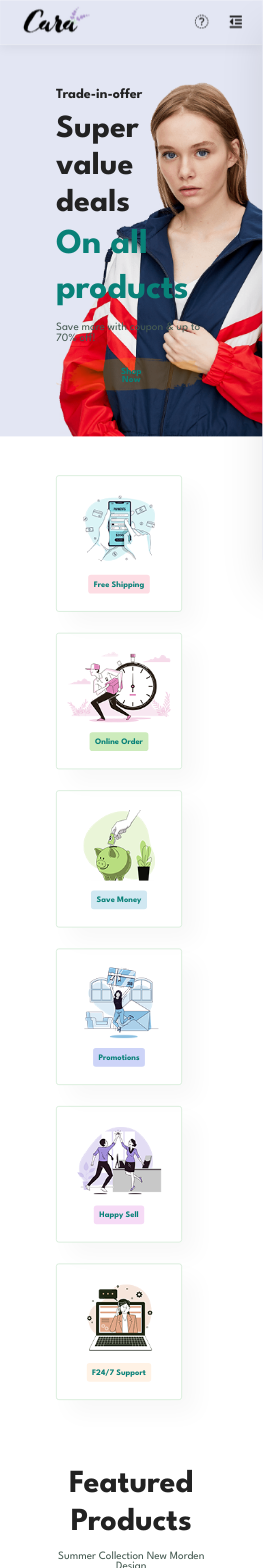
Repository: quy261001/cara
Page: index.html
The author's editor kept a copy of each file at every save. The page is drawn from the files as they stood at one save, then again after the next save.
The browser window is 375 px wide. The pictures show the part of the page from y = 0 to 2240 px (the page is 10781 px tall), at 70% of full size.

Above is the page before, as saved 2022-05-03 00:05:51.

### index.html
<!DOCTYPE html>
<html lang="en">
<head>
  <meta charset="UTF-8">
  <meta http-equiv="X-UA-Compatible" content="IE=edge">
  <meta name="viewport" content="width=device-width, initial-scale=1.0">
  <link rel="stylesheet" href="style.css">
  <title>Cara</title>
</head>
<body>
  <section class="header">
    <a href="#"><img src="img/logo.png" class="logo" alt=""></a>

    <div>
      <ul class="navbar">
        <li><a class="active" href="index.html">Home</a></li>
        <li><a href="shop.html">Shop</a></li>
        <li><a href="blog.html">Blog</a></li>
        <li><a href="about.html">About</a></li>
        <li><a href="contact.html">Contact</a></li>
        <li class="lg-bag"><a href="cart.html"><i class="far fa-shopping-bag"></i></a></li>
        <a href="#" class="close"><i class="far fa-times"></i></a>
      </ul>
    </div>
    <div class="mobile">
      <a href="cart.html"><i class="menu far fa-shopping-bag"></i></a>
      <div class="bar">
        <i class=" fas fa-outdent"></i>
      </div>
    </div>
  </section>

  <section class="hero">
    <h4>Trade-in-offer</h4>
    <h2>Super value deals</h2>
    <h1>On all products</h1>
    <p>Save more with coupon & up to 70% off!</p>
    <button>Shop Now</button>
  </section>

  <section class="feature section-p1">
    <div class="fe-box">
      <img src="img/features/f1.png" alt="">
      <h6>Free Shipping</h6>
    </div>
    <div class="fe-box">
      <img src="img/features/f2.png" alt="">
      <h6>Online Order</h6>
    </div>
    <div class="fe-box">
      <img src="img/features/f3.png" alt="">
      <h6>Save Money</h6>
    </div>
    <div class="fe-box">
      <img src="img/features/f4.png" alt="">
      <h6>Promotions</h6>
    </div>
    <div class="fe-box">
      <img src="img/features/f5.png" alt="">
      <h6>Happy Sell</h6>
    </div>
    <div class="fe-box">
      <img src="img/features/f6.png" alt="">
      <h6>F24/7 Support</h6>
    </div>
  </section>

  <section class="product1 section-p1">
    <h2>Featured Products</h2>
    <p>Summer Collection New Morden Design</p>
    <div class="pro-container">
      <div class="pro">
        <img src="img/products/f1.jpg" alt="">
        <div class="des">
          <span>adidas</span>
          <h5>Cartoon Astronaut T-shirts</h5>
          <div class="star">
            <i class="fas fa-star"></i>
            <i class="fas fa-star"></i>
            <i class="fas fa-star"></i>
            <i class="fas fa-star"></i>
            <i class="fas fa-star"></i>
          </div>
          <h4>$78</h4>
        </div>
        <a href=""><i class="fal fa-shopping-cart cart"></i></a>
      </div>
      <div class="pro">
        <img src="img/products/f2.jpg" alt="">
        <div class="des">
          <span>adidas</span>
          <h5>Cartoon Astronaut T-shirts</h5>
          <div class="star">
            <i class="fas fa-star"></i>
            <i class="fas fa-star"></i>
            <i class="fas fa-star"></i>
            <i class="fas fa-star"></i>
            <i class="fas fa-star"></i>
          </div>
          <h4>$78</h4>
        </div>
        <a href=""><i class="fal fa-shopping-cart cart"></i></a>
      </div>
      <div class="pro">
        <img src="img/products/f3.jpg" alt="">
        <div class="des">
          <span>adidas</span>
          <h5>Cartoon Astronaut T-shirts</h5>
          <div class="star">
            <i class="fas fa-star"></i>
            <i class="fas fa-star"></i>
            <i class="fas fa-star"></i>
            <i class="fas fa-star"></i>
            <i class="fas fa-star"></i>
          </div>
          <h4>$78</h4>
        </div>
        <a href=""><i class="fal fa-shopping-cart cart"></i></a>
      </div>
      <div class="pro">
        <img src="img/products/f4.jpg" alt="">
        <div class="des">
          <span>adidas</span>
          <h5>Cartoon Astronaut T-shirts</h5>
          <div class="star">
            <i class="fas fa-star"></i>
            <i class="fas fa-star"></i>
            <i class="fas fa-star"></i>
            <i class="fas fa-star"></i>
            <i class="fas fa-star"></i>
          </div>
          <h4>$78</h4>
        </div>
        <a href=""><i class="fal fa-shopping-cart cart"></i></a>
      </div>
      <div class="pro">
        <img src="img/products/f5.jpg" alt="">
        <div class="des">
          <span>adidas</span>
          <h5>Cartoon Astronaut T-shirts</h5>
          <div class="star">
            <i class="fas fa-star"></i>
            <i class="fas fa-star"></i>
            <i class="fas fa-star"></i>
            <i class="fas fa-star"></i>
            <i class="fas fa-star"></i>
          </div>
          <h4>$78</h4>
        </div>
        <a href=""><i class="fal fa-shopping-cart cart"></i></a>
      </div>
      <div class="pro">
        <img src="img/products/f6.jpg" alt="">
        <div class="des">
          <span>adidas</span>
          <h5>Cartoon Astronaut T-shirts</h5>
          <div class="star">
            <i class="fas fa-star"></i>
            <i class="fas fa-star"></i>
            <i class="fas fa-star"></i>
            <i class="fas fa-star"></i>
            <i class="fas fa-star"></i>
          </div>
          <h4>$78</h4>
        </div>
        <a href=""><i class="fal fa-shopping-cart cart"></i></a>
      </div>
      <div class="pro">
        <img src="img/products/f7.jpg" alt="">
        <div class="des">
          <span>adidas</span>
          <h5>Cartoon Astronaut T-shirts</h5>
          <div class="star">
            <i class="fas fa-star"></i>
            <i class="fas fa-star"></i>
            <i class="fas fa-star"></i>
            <i class="fas fa-star"></i>
            <i class="fas fa-star"></i>
          </div>
          <h4>$78</h4>
        </div>
        <a href=""><i class="fal fa-shopping-cart cart"></i></a>
      </div>
      <div class="pro">
        <img src="img/products/f8.jpg" alt="">
        <div class="des">
          <span>adidas</span>
          <h5>Cartoon Astronaut T-shirts</h5>
          <div class="star">
            <i class="fas fa-star"></i>
            <i class="fas fa-star"></i>
            <i class="fas fa-star"></i>
            <i class="fas fa-star"></i>
            <i class="fas fa-star"></i>
          </div>
          <h4>$78</h4>
        </div>
        <a href=""><i class="fal fa-shopping-cart cart"></i></a>
      </div>
    </div>

  </section>

  <section class="banner section-m1">
    <h4>Repair Services</h4>
    <h2>Up to <span>70% Off</span> All t-shirts & Accessories</h2>
    <button class="normal">Explore More</button>
  </section>

  <section class="product1 section-p1">
    <h2>New Arrivals</h2>
    <p>Summer Collection New Morden Design</p>
    <div class="pro-container">
      <div class="pro">
        <img src="img/products/n1.jpg" alt="">
        <div class="des">
          <span>adidas</span>
          <h5>Cartoon Astronaut T-shirts</h5>
          <div class="star">
            <i class="fas fa-star"></i>
            <i class="fas fa-star"></i>
            <i class="fas fa-star"></i>
            <i class="fas fa-star"></i>
            <i class="fas fa-star"></i>
          </div>
          <h4>$78</h4>
        </div>
        <a href=""><i class="fal fa-shopping-cart cart"></i></a>
      </div>
      <div class="pro">
        <img src="img/products/n2.jpg" alt="">
        <div class="des">
          <span>adidas</span>
          <h5>Cartoon Astronaut T-shirts</h5>
          <div class="star">
            <i class="fas fa-star"></i>
            <i class="fas fa-star"></i>
            <i class="fas fa-star"></i>
            <i class="fas fa-star"></i>
            <i class="fas fa-star"></i>
          </div>
          <h4>$78</h4>
        </div>
        <a href=""><i class="fal fa-shopping-cart cart"></i></a>
      </div>
      <div class="pro">
        <img src="img/products/n3.jpg" alt="">
        <div class="des">
          <span>adidas</span>
          <h5>Cartoon Astronaut T-shirts</h5>
          <div class="star">
            <i class="fas fa-star"></i>
            <i class="fas fa-star"></i>
            <i class="fas fa-star"></i>
            <i class="fas fa-star"></i>
            <i class="fas fa-star"></i>
          </div>
          <h4>$78</h4>
        </div>
        <a href=""><i class="fal fa-shopping-cart cart"></i></a>
      </div>
      <div class="pro">
        <img src="img/products/n4.jpg" alt="">
        <div class="des">
          <span>adidas</span>
          <h5>Cartoon Astronaut T-shirts</h5>
          <div class="star">
            <i class="fas fa-star"></i>
            <i class="fas fa-star"></i>
            <i class="fas fa-star"></i>
            <i class="fas fa-star"></i>
            <i class="fas fa-star"></i>
          </div>
          <h4>$78</h4>
        </div>
        <a href=""><i class="fal fa-shopping-cart cart"></i></a>
      </div>
      <div class="pro">
        <img src="img/products/n5.jpg" alt="">
        <div class="des">
          <span>adidas</span>
          <h5>Cartoon Astronaut T-shirts</h5>
          <div class="star">
            <i class="fas fa-star"></i>
            <i class="fas fa-star"></i>
            <i class="fas fa-star"></i>
            <i class="fas fa-star"></i>
            <i class="fas fa-star"></i>
          </div>
          <h4>$78</h4>
        </div>
        <a href=""><i class="fal fa-shopping-cart cart"></i></a>
      </div>
      <div class="pro">
        <img src="img/products/n6.jpg" alt="">
        <div class="des">
          <span>adidas</span>
          <h5>Cartoon Astronaut T-shirts</h5>
          <div class="star">
            <i class="fas fa-star"></i>
            <i class="fas fa-star"></i>
            <i class="fas fa-star"></i>
            <i class="fas fa-star"></i>
            <i class="fas fa-star"></i>
          </div>
          <h4>$78</h4>
        </div>
        <a href=""><i class="fal fa-shopping-cart cart"></i></a>
      </div>
      <div class="pro">
        <img src="img/products/n7.jpg" alt="">
        <div class="des">
          <span>adidas</span>
          <h5>Cartoon Astronaut T-shirts</h5>
          <div class="star">
            <i class="fas fa-star"></i>
            <i class="fas fa-star"></i>
            <i class="fas fa-star"></i>
            <i class="fas fa-star"></i>
            <i class="fas fa-star"></i>
          </div>
          <h4>$78</h4>
        </div>
        <a href=""><i class="fal fa-shopping-cart cart"></i></a>
      </div>
      <div class="pro">
        <img src="img/products/n8.jpg" alt="">
        <div class="des">
          <span>adidas</span>
          <h5>Cartoon Astronaut T-shirts</h5>
          <div class="star">
            <i class="fas fa-star"></i>
            <i class="fas fa-star"></i>
            <i class="fas fa-star"></i>
            <i class="fas fa-star"></i>
            <i class="fas fa-star"></i>
          </div>
          <h4>$78</h4>
        </div>
        <a href=""><i class="fal fa-shopping-cart cart"></i></a>
      </div>
    </div>

  </section>

  <section class="sm-banner section-p1">
      <div class="banner-box">
        <h4>crazy deals</h4>
        <h2>buy 1 get 1 free</h2>
        <span>The best classic dress is on sale at cara</span>
        <button class="while">Learn More</button>
      </div>
      <div class="banner-box banner-box2">
        <h4>spring/sumer</h4>
        <h2>upcomming season</h2>
        <span>The best classic dress is on sale at cara</span>
        <button class="while">Collection</button>
      </div>
  </section>

  <div class="banner3 section-p1">
    <div class="banner-box">
      <h2>SEASONAL SALE</h2>
      <h3>Winter Collection -50% OFF</h3>
    </div>
    <div class="banner-box banner-box2">
      <h2>NEW FOOTWEAR COLLECTION</h2>
      <h3>Spring / Summer 2022</h3>
    </div>
    <div class="banner-box banner-box3">
      <h2>T-SHIRTS</h2>
      <h3>New Trendy Prints</h3>
    </div>
  </div>

  <section class="newsletter section-p1 section-m1">
      <div class="newstext">
          <h4>Sign Up For newsletters</h4>
          <p>Get E-mail updates about our latest shop and <span>special offers</span></p>
      </div>
      <div class="form">
        <input type="text" placeholder="Your email address">
        <button class="normal">Sign Up </button>
      </div>
  </section>

  <footer class="section-p1">
    <div class="col">
      <img class="logo" src="img/logo.png" alt="">
      <h4>Contact</h4>
      <p><strong>Address: </strong>562 Wellington Road, Street 32, San Francisco</p>
      <p><strong>Phone: </strong>+01 2222 365 /(+91) 01 2345 6789</p>
      <p><strong>Hours: </strong>10:00 - 18:00, Mon - Sat</p>
      <div class="follow">
        <h4>Follow us</h4>
        <div class="icon">
          <i class="fab fa-facebook-f"></i>
          <i class="fab fa-twitter"></i>
          <i class="fab fa-instagram"></i>
          <i class="fab fa-pinterest-p"></i>
          <i class="fab fa-youtube"></i>
        </div>
      </div>
    </div>

    <div class="col">
      <h4>About</h4>
      <a href="#">About us</a>
      <a href="#">Delivery Information</a>
      <a href="#">Privacy Policy</a>
      <a href="#">Terms & Conditions</a>
      <a href="#">Contact Us</a>
    </div>

    <div class="col">
      <h4>My Account</h4>
      <a href="#">Account</a>
      <a href="#">Sign In</a>
      <a href="#">View Cart</a>
      <a href="#">My Wishlist</a>
      <a href="#">Track My Order</a>
      <a href="#">Help</a>
    </div>

    <div class="col install">
      <h4>Install App</h4>
      <p>From App Store or Google Play</p>
      <div class="row">
        <img src="img/pay/app.jpg" alt="">
        <img src="img/pay/play.jpg" alt="">
      </div>
      <p>Secured Payment Gateways</p>
      <img src="img/pay/pay.png" alt="">
    </div>
  </footer>
  <section>
    <div class="copyright">
      <p>@ 2021, Teach2 etc - HTML CSS Ecommerce Template</p>
    </div>
  </section>
  <script src="script.js"></script>
  <script defer src="https://pro.fontawesome.com/releases/v5.15.4/js/all.js"></script>
</body>
</html>

### style.css
@import url('https://fonts.googleapis.com/css2?family=League+Spartan:wght@100;200;300;400;500;600;700;800;900&display=swap');
* {
  margin: 0;
  padding: 0;
  box-sizing: border-box;
  font-family: 'League Spartan', sans-serif;
}
h1 {
  font-size: 50px;
  line-height: 64px;
  color: #222;
}
h2 {
  font-size: 46px;
  line-height: 53px;
  color: #222;
}
h4 {
  font-size: 20px;
  color: #222;
}
h6 {
  font-weight: 700;
  font-size: 12px;
}
p {
  font-size: 16px;
  color: #465b52;
  margin: 15px 0 20px 0;
}
.section-p1 {
  padding: 40px 80px;
}
.section-m1 {
  margin: 40px 0;
}
button.normal {
  font-size: 14px;
  font-weight: 600;
  padding: 15px 30px;
  color: #000;
  background-color: #fff;
  border-radius: 4px;
  cursor: pointer;
  border: none;
  outline: none;
  transition: 0.2s;
}
button.while {
  font-size: 13px;
  font-weight: 600;
  padding: 11px 22px;
  color: #000;
  background-color: transparent;
  cursor: pointer;
  border: 1px solid #fff;
  outline: none;
  transition: 0.2s;
}
body {
  width: 100%;
}

/* Header-start */
.header {
  display: flex;
  justify-content: space-between;
  align-items: center;
  padding: 20px 80px;
  background-color: #E3E6F3;
  box-shadow: 0 5px 15px rgba(0, 0, 0, 0.06);
  z-index: 999;
  position: sticky;
  top: 0;
  left: 0;
}

.navbar {
  display: flex;
  align-items: center;
  justify-content: center;
}

.navbar li {
  list-style: none;
  padding: 0 20px;
  position: relative;
}

.navbar li a {
  text-decoration: none;
  font-size:16px;
  font-weight: 600;
  color: #1a1a1a;
  transition: 0.3s ease;
}

.navbar li a:hover,
.navbar li a.active {
  color: #088178;
}

.navbar li a.active::after,
.navbar li a:hover::after {
  content: "";
  width: 30%;
  height: 2px;
  background-color: #088178;
  position: absolute;
  bottom: -4px;
  left: 20px;
}
.mobile {
  display: none;
  align-items: center;
}
.close {
  display: none;
}
/* Home page */
.hero {
  background-image: url("img/hero4.png");
  height: 90vh;
  width: 100%;
  background-position: top 25% right 0;
  background-size: cover;
  display: flex;
  justify-content: center;
  align-items: flex-start;
  flex-direction: column;
  padding: 0 80px;
}

.hero h4 {
  padding-bottom: 15px;
}

.hero h1 {
  color: #088178;
}

.hero button {
  background-image: url("img/button.png");
  background-color: transparent;
  color: #088178;
  border: 0;
  padding: 14px 80px 14px 80px;
  background-repeat: no-repeat;
  cursor: pointer;
  font-weight: 700;
}

.feature {
  display: flex;
  align-items: center;
  justify-content: space-between;
  flex-wrap: wrap;
}

.feature .fe-box {
   width: 180px;
   text-align: center;
   padding: 25px 15px;
   box-shadow: 20px 20px 34px rgba(0, 0, 0, 0.03);
   border: 1px solid #cce7d0;
   border-radius: 4px;
   margin: 15px 0;
}

.feature .fe-box:hover {
  box-shadow: 10px 10px 54px rgba(70, 62, 221, 0.1);
}
.feature .fe-box img {
  width: 100%;
  margin-bottom: 10px;
}
.feature .fe-box h6 {
  display: inline-block;
  padding: 9px 8px 6px 8px;
  line-height: 1;
  border-radius: 4px;
  color: #088178;
  background-color: #fddde4;
}
.feature .fe-box:nth-child(2) h6 {
  background-color: #cdebbc;
}
.feature .fe-box:nth-child(3) h6 {
  background-color: #d1e8f2;
}
.feature .fe-box:nth-child(4) h6 {
  background-color: #cdd4f8;
}
.feature .fe-box:nth-child(5) h6 {
  background-color: #f6dbf6;
}
.feature .fe-box:nth-child(6) h6 {
  background-color: #fff2e5;
}

.product1 {
  text-align: center;
}
.product1 .pro-container {
  display: flex;
  justify-content: space-between;
  flex-wrap: wrap;
  padding-top: 20px;
}
.product1 .pro {
  position: relative;
  width: 23%;
  min-width: 250px;
  padding: 10px 12px;
  border: 1px solid #cce70d;
  border-radius: 25px;
  cursor: pointer;
  box-shadow: 20px 20px 30px rgba(0, 0, 0, 0.02);
  margin: 15px 0;
  transition: 0.2s ease;
}
.product1 .pro:hover {
  box-shadow: 20px 20px 30px rgba(0, 0, 0, 0.06);
}
.product1 .pro img {
  width: 100%;
  border-radius: 20px;
}
.product1 .pro .des {
  text-align: start;
  padding: 10px 0;
}
.product1 .pro .des span {
  color: #606063;
  font-size: 12px;
}
.product1 .pro .des h5 {
  padding-top: 7px;
  color: #1a1a1a;
  font-size: 14px;
}
.star {
  font-size: 12px;
  color: rgb(243, 181, 25);
}
.product1 .pro .des h4 {
  padding-top: 7px;
  font-size: 15px;
  font-weight: 700;
  color: #088178;
}
.product1 .pro .cart {
  width: 40px;
  height: 40px;
  line-height: 40px;
  border-radius: 50px;
  background-color: #e8f6ea;
  font-weight: 500;
  color: #088178;
  border: 1px solid #cce7d0;
  padding: 10px;
  position: absolute;
  bottom: 20px;
  right: 10px;
}

.banner {
  display: flex;
  flex-direction: column;
  justify-content: center;
  align-items: center;
  background-image: url("img/banner/b2.jpg");
  width: 100%;
  height: 40vh;
  background-size: cover;
  background-position: center;
}
.banner h4 {
  color: #fff;
  font-size: 16px;
}
.banner h2 {
  color: #fff;
  font-size: 30px;
  padding: 10px 0;
}
.banner h2 span {
  color: #ef3636;
}
.banner button:hover {
  background: #088178;
  color: #fff;
}

.sm-banner {
  display: flex;
  justify-content: space-between;
  flex-wrap: wrap;
}

.sm-banner .banner-box {
  display: flex;
  flex-direction: column;
  justify-content: center;
  align-items: flex-start;
  text-align: center;
  background-image: url("img/banner/b17.jpg");
  min-width: 49%;
  height: 50vh;
  background-size: cover;
  background-position: center;
  padding: 30px;
}
.sm-banner .banner-box2 {
  background-image: url("img/banner/b10.jpg");
}
.sm-banner h4 {
  color: #fff;
  font-size: 30px;
  font-weight: 300;
}
.sm-banner h2 {
  color: #fff;
  font-size: 38px;
  font-weight: 800;
}
.sm-banner span {
  color: #fff;
  font-size: 24px;
  font-weight: 500;
  margin-bottom: 15px;
}
.sm-banner .banner-box:hover button {
  background-color: #088178;
  border: 1px solid #088178;
}

.banner3 {
  display: flex;
  justify-content: space-between;
  flex-wrap: wrap;
}

.banner3 .banner-box {
  display: flex;
  flex-direction: column;
  justify-content: center;
  align-items: flex-start;
  text-align: center;
  background-image: url("img/banner/b7.jpg");
  min-width: 30%;
  height: 30vh;
  background-size: cover;
  background-position: center;
  padding: 20px;
  margin-bottom: 20px;
}

.banner3 .banner-box2 {
  background-image: url("img/banner/b4.jpg");
}

.banner3 .banner-box3 {
  background-image: url("img/banner/b18.jpg");
}

.banner3 h2 {
  color: #fff;
  font-weight: 900;
  font-size: 22px;
}

.banner3 h3 {
  color: #ec544e;
  font-weight: 800;
  font-size: 15px;
}

.newsletter {
  display: flex;
  justify-content: space-between;
  flex-wrap: wrap;
  align-items: center;
  background-image: url("img/banner/b14.png");
  background-repeat: no-repeat;
  background-position: 20% 30%;
  background-color: #041e42;
}
.newsletter h4 {
  font-size: 22px;
  font-weight: 700;
  color: #fff;
}
.newsletter p {
  font-size: 14px;
  font-weight: 600;
  color: #818ea0;
}
.newsletter p span {
  color: #ffbd27;
}

.newsletter .form {
  display: flex;
  width: 40%;
}

.newsletter input {
  height: 3.125rem;
  width: 24.125rem;
  padding: 0 1.25rem;
  font-size: 14px;
  border: 1px solid transparent;
  border-radius: 4px;
  outline: none;
  border-top-right-radius: 0;
  border-bottom-right-radius: 0;
}
.newsletter button {
  background-color: #088178;
  color: #fff;
  white-space: nowrap;
  padding:18px 30px;
  border-top-left-radius: 0;
  border-bottom-left-radius: 0;
}

footer {
  display: flex;
  flex-wrap: wrap;
  justify-content: space-between;
}
footer .col {
  display: flex;
  flex-direction: column;
  align-items: flex-start;
  margin-bottom: 20px;
}
footer .logo {
    margin-bottom: 30px;
}
footer h4 {
  font-size: 14px;
  margin-bottom: 20px;
}
footer p {
  font-size: 13px;
  margin: 0 0 8px 0;
}
footer a  {
  font-size: 13px;
  text-decoration: none;
  color: #222;
  margin-bottom: 10px;
}
footer .follow {
  margin-top: 20px;
}
footer .follow i {
  color: #456b52;
  padding-right: 4px;
  cursor: pointer;
}
footer .install .row img {
  border: 1px solid #088178;
  border-radius: 6px;
}
footer .install img {
  margin: 10px 0 15px 0;
}
footer .folow i:hover,
footer a:hover {
  color: #088178;
}
.copyright {
  width: 100%;
  text-align: center;
}

/* Start Media Query */

@media (max-width: 799px) {
  /* .section-p1 {
    padding: 40px 40px;
  } */
  .navbar {
    display: flex;
    flex-direction: column;
    align-items: flex-start;
    justify-content: flex-start;
    position: fixed;
    top: 0;
    right: -300px;
    height: 100vh;
    width: 300px;
    background-color: #E3E6F3;
    box-shadow: 0 40px 60px rgba(0, 0, 0, 0.1);
    padding: 80px 0 0 10px;
    transition: 0.3s;
  }
    .active {
    right: 0px;
  }
  .navbar li {
    margin-bottom: 25px;
  }
  .mobile {
    display: flex;
    align-items: center;
  }
  .mobile .menu {
    /* display: none; */
    color: #1a1a1a;
    font-size: 20px;
    margin-right: 20px;
  }
  .mobile .bar {
    color: #1a1a1a;
    font-size: 20px;
    padding-left: 10px;
  }
  .close {
    display: block;
    position: absolute;
    top: 30px;
    left: 30px;
    color: #222;
    font-size: 24px;
  }
  .lg-bag {
    display: none;
  }
  .hero {
    height: 70vh;
    padding: 0 80px;
    background-position: top 30% right 30%;
  }
  /* .feature {
    justify-content: center;
  }
  .feature .fe-box {
    margin: 15px 15px;
  } */
  .banner {
    height: 20vh;
  }
  .sm-banner .banner-box {
    min-width: 100%;
    height: 30vh;

  }
  .banner3 {
    padding: 0 40px;
  }
  .banner3 .banner-box {
    width: 28%;
  }
  .newsletter .form{
    width: 70%;
  }
}

@media (max-width: 477px) {
  .header {
    padding: 10px 30px;
  }
}

### script.js
const bar = document.querySelector(".bar");
const nav = document.querySelector(".navbar");
const close = document.querySelector(".close");
console.log(bar)
console.log(nav)
if(bar) {
  bar.addEventListener("click", () => {
    nav.classList.add("active");
  })
}
if(close) {
  close.addEventListener("click", () => {
    nav.classList.remove("active");
  })
}

After the next save:
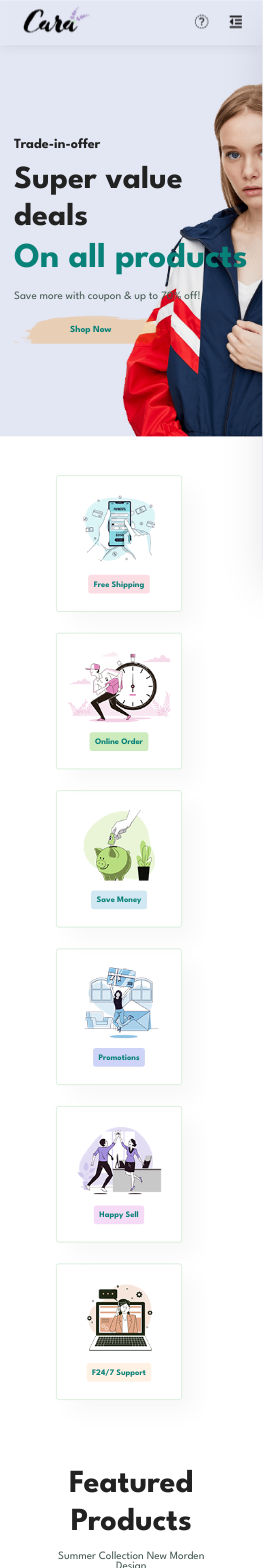
Saved 2 min 15 s later.
--- a/style.css
+++ b/style.css
@@ -564,4 +564,8 @@ footer a:hover {
   .header {
     padding: 10px 30px;
   }
-}
+  .hero {
+    padding: 0 20px;
+    background-position: 55%;
+  }
+}
